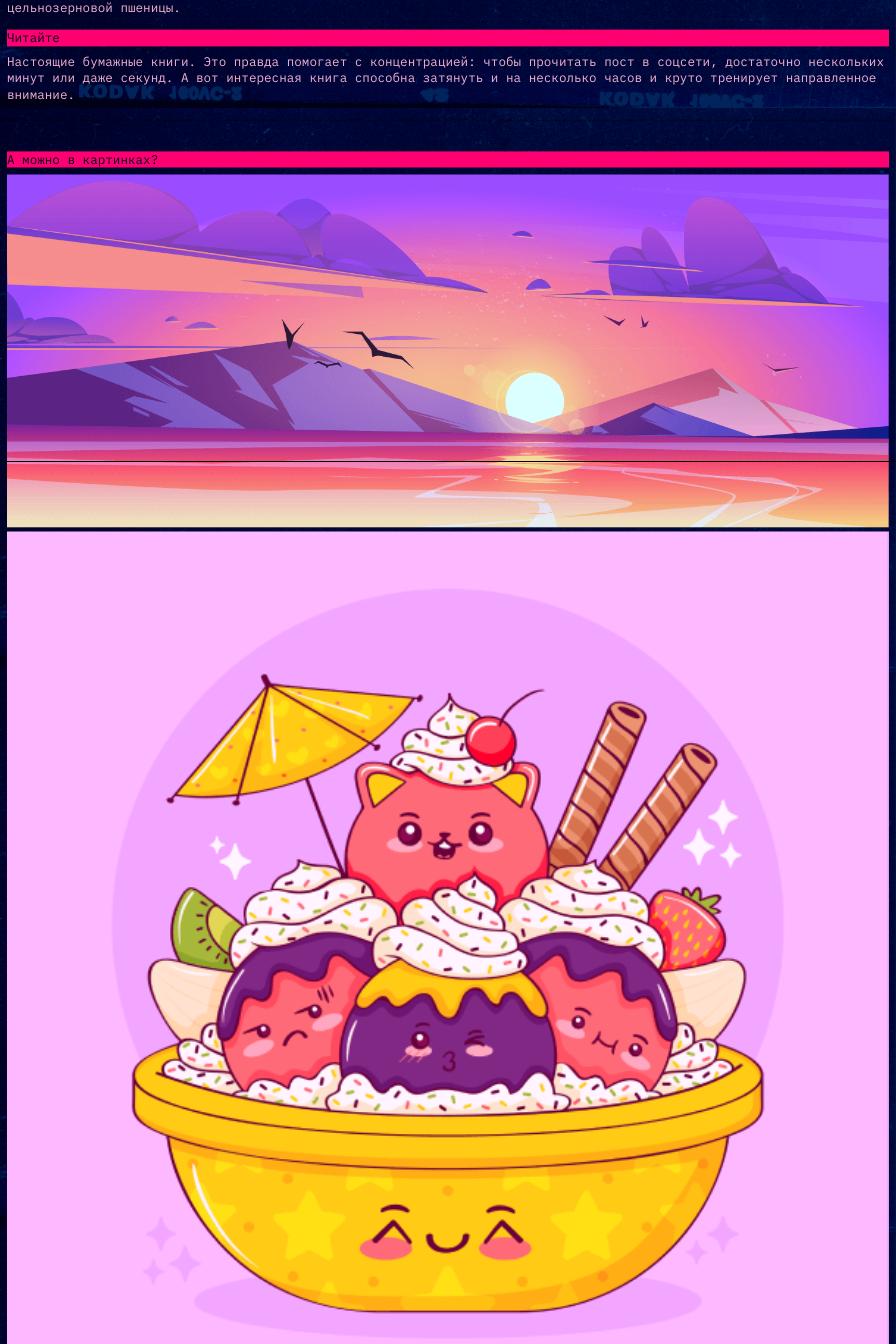
Repository: NikWolf75/slozhno-sosredotochitsya-fd
Page: index.html
An editor plug-in stored every save of this project. The page is shown before and after the next save, followed by the edit.
The browser window is 1280 px wide. The pictures show the part of the page from y = 2245 to 4165 px (the page is 7946 px tall before and 26178 px after), at 70% of full size.
Backgrounds fixed to the window are drawn as part of the page.

Above is the page before, as saved 2025-02-27 11:46:44.

After the next save:
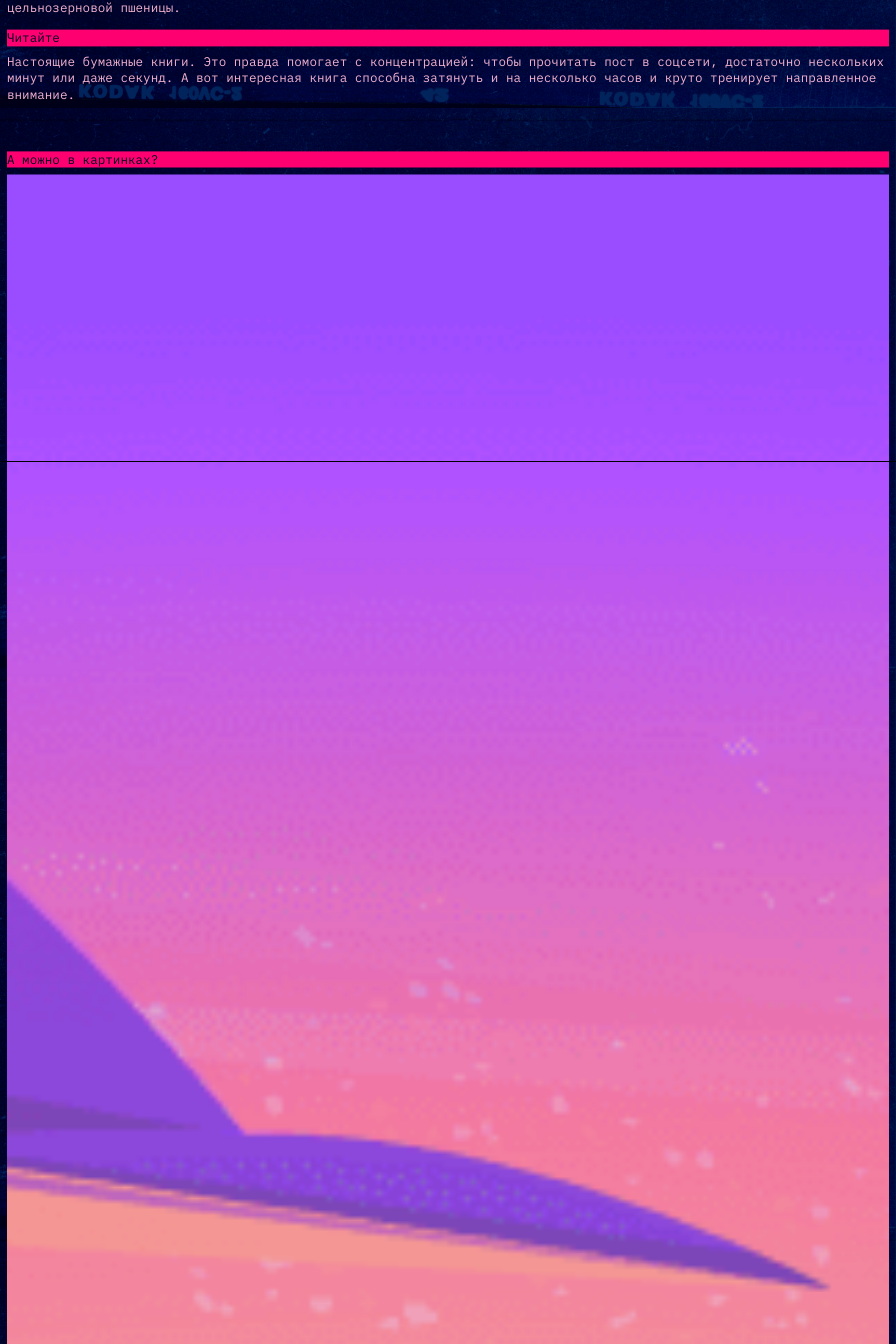
Saved 4 s later.
--- a/styles/style.css
+++ b/styles/style.css
@@ -187,7 +187,7 @@
 }
 
 .content__gallery {
-  display: block;
+
   gap: 0;
   margin: 0;
 }

After the 5 saves that followed:
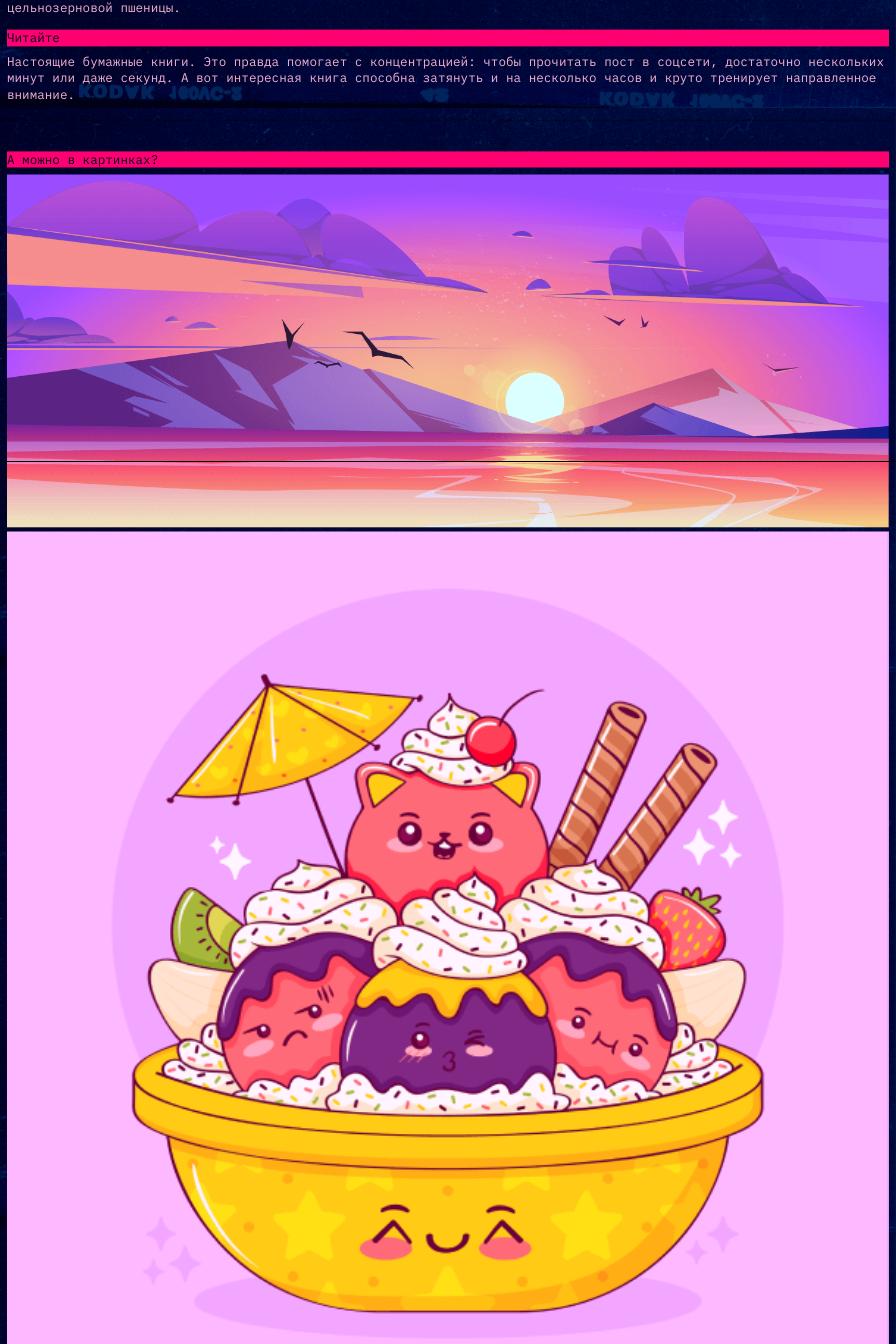
The 5 saves are shown as one change because 4 left the picture as it was.
The last was saved 48 s later.
--- a/styles/style.css
+++ b/styles/style.css
@@ -187,23 +187,24 @@
 }
 
 .content__gallery {
-
   gap: 0;
-  margin: 0;
 }
 
 .content__section-images_gallery {
   display: grid;
   grid-template-columns: repeat(auto-fill, minmax(355px, 1fr));
-  grid-template-rows: 100px 355px 100px 355px;
-  gap: 10px;
+  gap: 20px;
   inline-size: 100%;
 }
 
+.content__section-text_block-gallery {
+
+  margin-bottom: 20px;
+}
+
 .content__section-image {
+  object-fit: cover;
   inline-size: 100%;
-  object-fit: cover;
-  block-size: 100%;
 }
 
 .footer {
